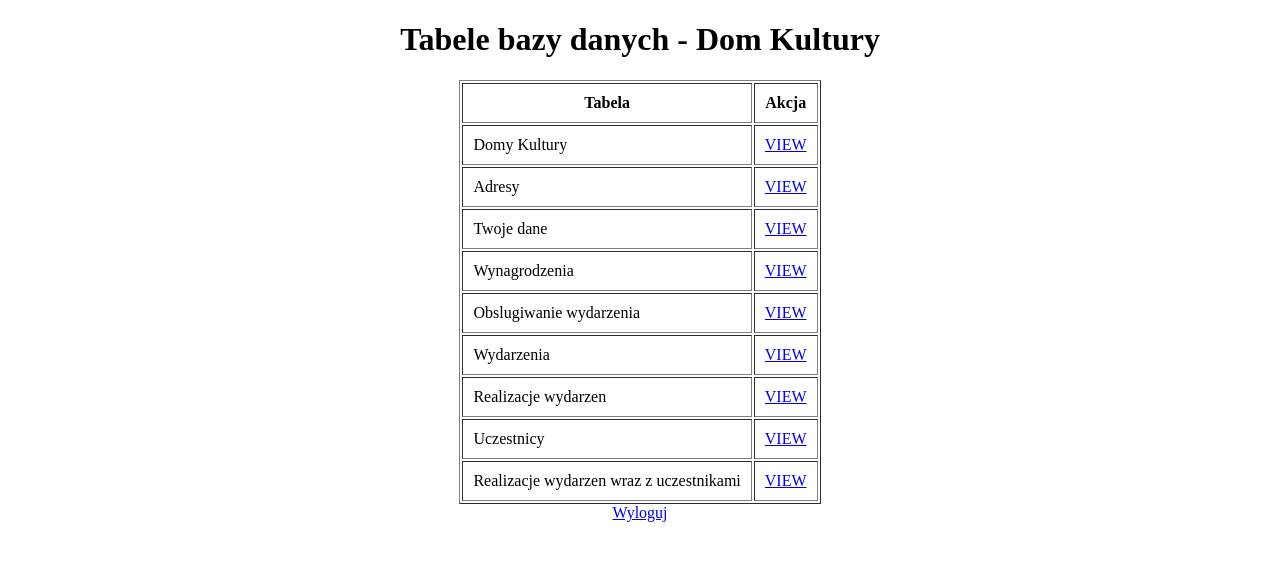
Repository: marcinRuta/houseOfCulture-crud-webapp-database
Page: http://localhost/ptables
These files come from the project's save history. The page is drawn as it stood at one moment and after the next save; the edit follows.
The browser window is 1280 px wide. The pictures show the whole page.
The page is this project's Thymeleaf template; nobody is signed in. The template is opened directly, without the code that normally fills it, so the values that code supplies are empty.

Above is the page before, as saved 2021-01-09 13:03:24.

### DomKultury/src/main/resources/templates/ptables.html
<!DOCTYPE html>
<html xmlns="http://www.w3.org/1999/xhtml"
	xmlns:th="http://www.thymeleaf.org">
<head>
<meta charset="UTF-8">
<title>Aplikacja do obsługi Domu Kultury</title>
</head>
<body>

	<div align="center">
		<!--  Page header  -->
		<h1>Tabele bazy danych - Dom Kultury</h1>

		<!-- Table -->
		<table border="1" cellpadding="10">

			<!-- Table header -->
			<thead>
				<tr>
					<th>Tabela</th>
					<th>Akcja</th>
				</tr>
			</thead>

			<!-- Table body-->
			<tbody>
				<tr>
					<td>Domy Kultury</td>
					<td><a href="/v/DK">VIEW</a></td>
				</tr>
				<tr>
					<td>Adresy</td>
					<td><a href="/v/A">VIEW</a></td>
				</tr>
				<tr>
					<td>Twoje dane</td>
					<td><a href="/v/P">VIEW</a></td>
				</tr>
				<tr>
					<td>Wynagrodzenia</td>
					<td><a href="/v/WYN">VIEW</a></td>
				</tr>
				<tr>
					<td>Obslugiwanie wydarzenia</td>
					<td><a href="/v/OW">VIEW</a></td>
				</tr>
				<tr>
					<td>Wydarzenia</td>
					<td><a href="/v/W">VIEW</a></td>
				</tr>
				<tr>
					<td>Realizacje wydarzen</td>
					<td><a href="/v/RW">VIEW</a></td>
				</tr>
				<tr>
					<td>Uczestnicy</td>
					<td><a href="/v/U">VIEW</a></td>
				</tr>

				<!-- Do zrobienia -->

				<tr>
					<td>Realizacje wydarzen wraz z uczestnikami</td>
					<td><a href="/v/RWU">VIEW</a></td>
				</tr>
			</tbody>
		</table>

		<!-- EXIT -->
		<a href="/">Wyloguj</a>

	</div>
</body>
</html>

After the next save:
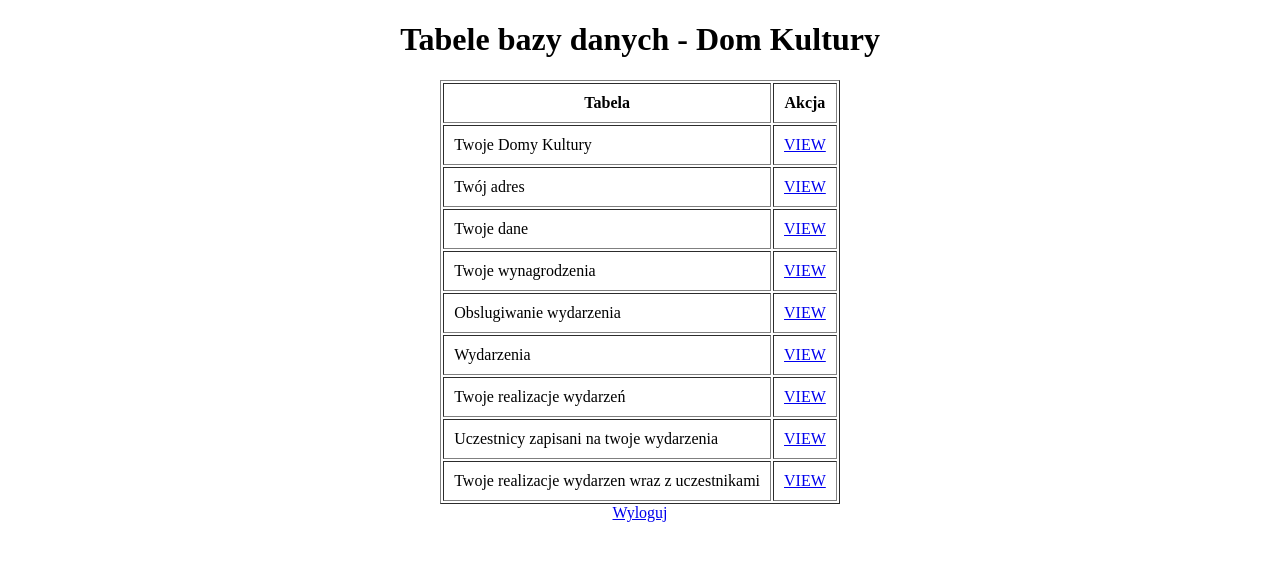
Saved 76 s later.
--- a/DomKultury/src/main/resources/templates/ptables.html
+++ b/DomKultury/src/main/resources/templates/ptables.html
@@ -25,11 +25,11 @@
 			<!-- Table body-->
 			<tbody>
 				<tr>
-					<td>Domy Kultury</td>
+					<td>Twoje Domy Kultury</td>
 					<td><a href="/v/DK">VIEW</a></td>
 				</tr>
 				<tr>
-					<td>Adresy</td>
+					<td>Twój adres</td>
 					<td><a href="/v/A">VIEW</a></td>
 				</tr>
 				<tr>
@@ -37,7 +37,7 @@
 					<td><a href="/v/P">VIEW</a></td>
 				</tr>
 				<tr>
-					<td>Wynagrodzenia</td>
+					<td>Twoje wynagrodzenia</td>
 					<td><a href="/v/WYN">VIEW</a></td>
 				</tr>
 				<tr>
@@ -49,18 +49,18 @@
 					<td><a href="/v/W">VIEW</a></td>
 				</tr>
 				<tr>
-					<td>Realizacje wydarzen</td>
+					<td>Twoje realizacje wydarzeń</td>
 					<td><a href="/v/RW">VIEW</a></td>
 				</tr>
 				<tr>
-					<td>Uczestnicy</td>
+					<td>Uczestnicy zapisani na twoje wydarzenia</td>
 					<td><a href="/v/U">VIEW</a></td>
 				</tr>
 
 				<!-- Do zrobienia -->
 
 				<tr>
-					<td>Realizacje wydarzen wraz z uczestnikami</td>
+					<td>Twoje realizacje wydarzen wraz z uczestnikami</td>
 					<td><a href="/v/RWU">VIEW</a></td>
 				</tr>
 			</tbody>
